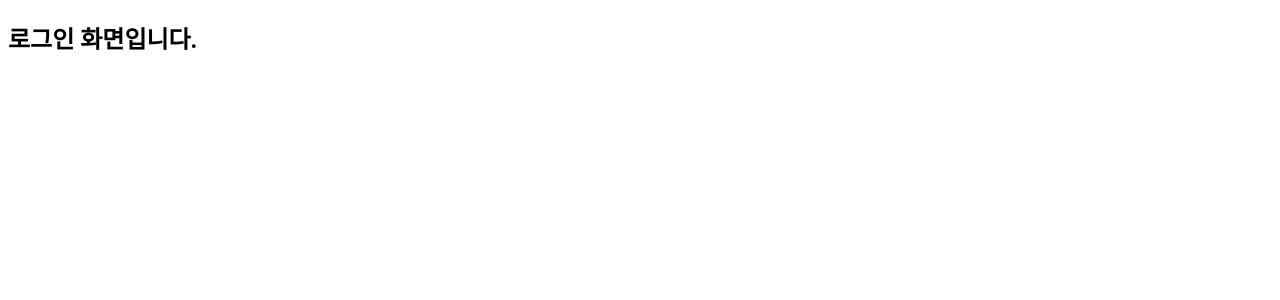
Repository: ksccmp/notice-board
Page: http://localhost/board/main.jsp
An editor plug-in stored every save of this project. The page is shown before and after the next save, followed by the edit.
The browser window is 1280 px wide. The pictures show the whole page.
The page is served by Tomcat 9. Nobody is signed in. The application's start-up code is not run. Other server files are loaded and not shown.

Above is the page before, as saved 2019-09-18 13:21:15.

### board/src/main/webapp/main.jsp
<%@ page language="java" contentType="text/html; charset=UTF-8"
    pageEncoding="UTF-8"%>
<!DOCTYPE html PUBLIC "-//W3C//DTD HTML 4.01 Transitional//EN" "http://www.w3.org/TR/html4/loose.dtd">
<html>
<head>
<meta http-equiv="Content-Type" content="text/html; charset=UTF-8">
<title>Insert title here</title>
</head>
<body>
	<h2>로그인 화면입니다.</h2>
</body>
</html>

After the next save:
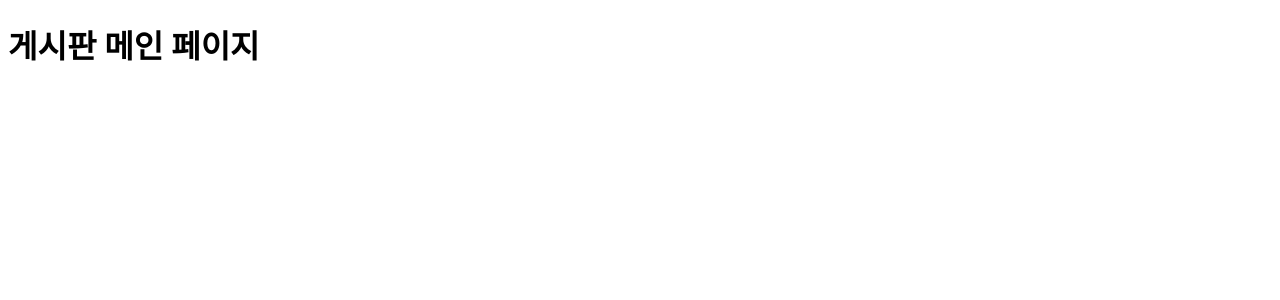
Saved 66 s later.
--- a/board/src/main/webapp/main.jsp
+++ b/board/src/main/webapp/main.jsp
@@ -7,6 +7,7 @@
 <title>Insert title here</title>
 </head>
 <body>
-	<h2>로그인 화면입니다.</h2>
+	<h1>게시판 메인 페이지</h1>
+
 </body>
 </html>
